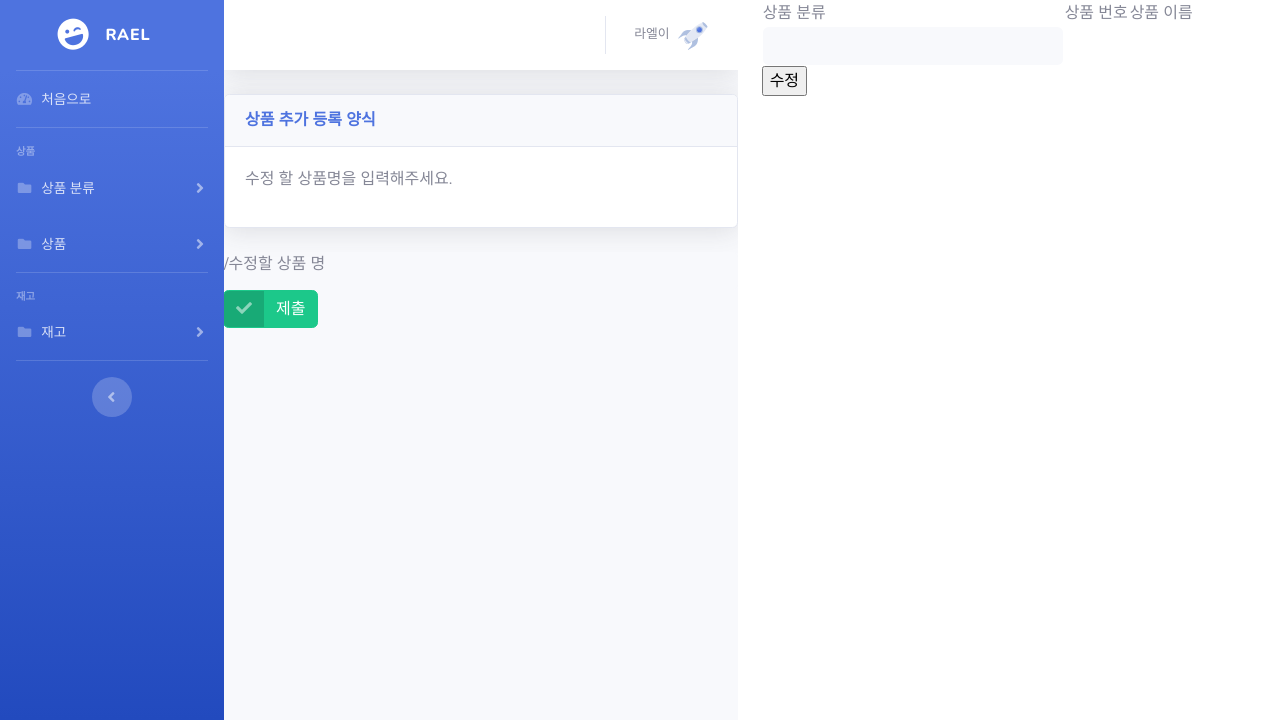
Repository: sww232/springRaelProject
Page: http://localhost/rael/WEB-INF/views/product/product_update_modifypage.jsp
These files come from the project's save history. The page is drawn as it stood at one moment and after the next save; the edit follows.
The browser window is 1280 px wide. The pictures show the whole page.
The page is served by Tomcat 9. Nobody is signed in. Other server files are loaded and not shown. The template is opened directly, without the code that normally fills it, so the values that code supplies are empty.

Above is the page before, as saved 2022-10-07 00:42:55.

### raelproject3/rael/src/main/webapp/WEB-INF/views/product/product_update_modifypage.jsp
<%@ page language="java" contentType="text/html; charset=UTF-8" pageEncoding="UTF-8"%>
<%@ taglib uri="http://java.sun.com/jsp/jstl/core" prefix="c" %>
<%@ taglib prefix="sql" uri="http://java.sun.com/jsp/jstl/sql" %>
<%@ taglib prefix="fmt" uri="http://java.sun.com/jsp/jstl/fmt" %>
<!DOCTYPE html>
<html>
<head>
<head>
	    <meta name="viewport" content="width=device-width, initial-scale=1, shrink-to-fit=no">
	    <meta name="description" content="">
	    <meta name="author" content="">
	    <meta charset="UTF-8">
			<title>메인</title>

		<link href="/vendor/fontawesome-free/css/all.min.css" rel="stylesheet" type="text/css">
	    <link
	        href="https://fonts.googleapis.com/css?family=Nunito:200,200i,300,300i,400,400i,600,600i,700,700i,800,800i,900,900i"
	        rel="stylesheet">

	    <!-- Custom styles for this template -->
	    <link href="/css/sb-admin-2.min.css" rel="stylesheet">
	    <script src="/vendor/jquery/jquery.min.js"></script>
	    <script src="/vendor/bootstrap/js/bootstrap.bundle.min.js"></script>

	    <!-- Core plugin JavaScript-->
	    <script src="/vendor/jquery-easing/jquery.easing.min.js"></script>

	    <!-- Custom scripts for all pages-->
	    <script src="/js/sb-admin-2.min.js"></script>

	    <!-- Page level plugins -->
	    <script src="/vendor/datatables/jquery.dataTables.min.js"></script>
	    <script src="/vendor/datatables/dataTables.bootstrap4.min.js"></script>

	    <!-- Page level custom scripts -->
	    <script src="/js/demo/datatables-demo.js"></script>

	    <!-- Custom styles for this page -->
	    <link href="/vendor/datatables/dataTables.bootstrap4.min.css" rel="stylesheet">

	</head>
	<body id="page-top">
	<form>
		<div class="modal fade" id="moaModal1" tabindex="-1" role="dialog" aria-labelledby="exampleModalLabel" aria-hidden="true">

			<div class="modal-dialog" role="document">
				<div class="modal-content">
					<div class="modal-header">
						<h5 class="modal-title" id="exampleModalLabel">상품 등록을 위한 카테고리 선택</h5>
						<button class="close" type="button" data-dismiss="modal" aria-label="Close">
							<span aria-hidden="true">x</span>
						</button>
						</div>
						<div class="modal-body">
							<select name="categoryBox1" id="categoryBox1">
								<option value="defaultValue" selected></option>
								<c:forEach var="list" items="${categorynums}">
									<option value="${list}">
										${list}
									</option>
								</c:forEach>
							</select>
						</div>
					<div class="modal-footer">
						<button class="btn btn-primary" type="button" data-dismiss="modal">Cancel</button>
						<button class="btn btn-primary" type="submit" formaction="/product/product_insert">Choice</button>
					</div>
				</div>
			</div>
		</div>
		<div class="modal fade" id="moaModal2" tabindex="-1" role="dialog" aria-labelledby="exampleModalLabel" aria-hidden="true">

			<div class="modal-dialog" role="document">
				<div class="modal-content">
					<div class="modal-header">
						<h5 class="modal-title" id="exampleModalLabel">상품 추가 등록을 위한 카테고리 선택</h5>
						<button class="close" type="button" data-dismiss="modal" aria-label="Close">
							<span aria-hidden="true">x</span>
						</button>
						</div>
						<div class="modal-body">
							<select name="categoryBox2" id="categoryBox2">
								<option value="defaultValue" selected></option>
								<c:forEach var="list" items="${categorynums}">
									<option value="${list}">
										${list}
									</option>
								</c:forEach>
							</select>
						</div>
					<div class="modal-footer">
						<button class="btn btn-primary" type="button" data-dismiss="modal">Cancel</button>
						<button class="btn btn-primary" type="submit" formaction="/product/product_insert_detail">Choice</button>
					</div>
				</div>
			</div>
		</div>
		<div class="modal fade" id="moaModal3" tabindex="-1" role="dialog" aria-labelledby="exampleModalLabel" aria-hidden="true">

			<div class="modal-dialog" role="document">
				<div class="modal-content">
					<div class="modal-header">
						<h5 class="modal-title" id="exampleModalLabel">상품명/상세정보 수정을 위한 카테고리 선택</h5>
						<button class="close" type="button" data-dismiss="modal" aria-label="Close">
							<span aria-hidden="true">x</span>
						</button>
						</div>
						<div class="modal-body">
							<select name="categoryBox3" id="categoryBox3">
								<option value="defaultValue" selected></option>
								<c:forEach var="list" items="${categorynums}">
									<option value="${list}">
										${list}
									</option>
								</c:forEach>
							</select>
						</div>
					<div class="modal-footer">
						<button class="btn btn-primary" type="button" data-dismiss="modal">Cancel</button>
						<button class="btn btn-primary" type="submit" formaction="/product/product_update">Choice</button>
					</div>
				</div>
			</div>
		</div>
	</form>
	<div id="wrapper">
		 <ul class="navbar-nav bg-gradient-primary sidebar sidebar-dark accordion" id="accordionSidebar">

            <!-- Sidebar - Brand -->
            <a class="sidebar-brand d-flex align-items-center justify-content-center" href="/">
                <div class="sidebar-brand-icon rotate-n-15">
                    <i class="fas fa-laugh-wink"></i>
                </div>
                <div class="sidebar-brand-text mx-3">RAEL</div>
            </a>

            <!-- Divider -->
            <hr class="sidebar-divider my-0">

            <!-- Nav Item - Dashboard -->
            <li class="nav-item">
                <a class="nav-link" href="/">
                    <i class="fas fa-fw fa-tachometer-alt"></i>
                    <span>처음으로</span></a>
            </li>

            <!-- Divider -->
            <hr class="sidebar-divider">

            <!-- Heading -->
            <div class="sidebar-heading">
                상품
            </div>

            <!-- Nav Item - Pages Collapse Menu -->
            <li class="nav-item">
                <a class="nav-link collapsed" href="#" data-toggle="collapse" data-target="#collapseTwo"
                    aria-expanded="true" aria-controls="collapseTwo">
                    <i class="fas fa-fw fa-folder"></i>
                    <span>상품 분류</span>
                </a>
                <div id="collapseTwo" class="collapse" aria-labelledby="headingTwo" data-parent="#accordionSidebar">
                    <div class="bg-white py-2 collapse-inner rounded">
                        <h6 class="collapse-header">상풍 분류 탭</h6>
                        <a class="collapse-item" href="#" data-toggle="modal" data-target="#moaModal1">
							<i class="fas fa-arrow-right"></i>상품 등록
						</a>
						<a class="collapse-item" href="#" data-toggle="modal" data-target="#moaModal2">
							<i class="fas fa-arrow-right"></i>상품 추가 등록
						</a>
						<a class="collapse-item" href="#" data-toggle="modal" data-target="#moaModal3">
							<i class="fas fa-arrow-right"></i>상품명/상세정보 수정
						</a>
                    </div>
                </div>
            </li>

            <!-- Nav Item - Utilities Collapse Menu -->
            <li class="nav-item">
                <a class="nav-link collapsed" href="#" data-toggle="collapse" data-target="#collapseUtilities"
                    aria-expanded="true" aria-controls="collapseUtilities">
                    <i class="fas fa-fw fa-folder"></i>
                    <span>상품</span>
                </a>
                <div id="collapseUtilities" class="collapse" aria-labelledby="headingUtilities"
                    data-parent="#accordionSidebar">
                    <div class="bg-white py-2 collapse-inner rounded">
                        <h6 class="collapse-header">상품 탭</h6>
                        <a class="collapse-item" href="/product/all_select?page=1&recordSize=10&pageSize=10">상품 조회</a>
                        <a class="collapse-item" href="#" data-toggle="modal" data-target="#moaModal1">
							<i class="fas fa-arrow-right"></i>상품 등록
						</a>
						<a class="collapse-item" href="#" data-toggle="modal" data-target="#moaModal2">
							<i class="fas fa-arrow-right"></i>상품 추가 등록
						</a>
						<a class="collapse-item" href="#" data-toggle="modal" data-target="#moaModal3">
							<i class="fas fa-arrow-right"></i>상품명/상세정보 수정
						</a>
                    </div>
                </div>
            </li>

            <!-- Divider -->
            <hr class="sidebar-divider">

            <!-- Heading -->
            <div class="sidebar-heading">
                재고
            </div>

            <!-- Nav Item - Pages Collapse Menu -->
            <li class="nav-item">
                <a class="nav-link collapsed" href="#" data-toggle="collapse" data-target="#collapsePages"
                    aria-expanded="true" aria-controls="collapsePages">
                    <i class="fas fa-fw fa-folder"></i>
                    <span>재고</span>
                </a>
                <div id="collapsePages" class="collapse" aria-labelledby="headingPages" data-parent="#accordionSidebar">
                    <div class="bg-white py-2 collapse-inner rounded">
                        <h6 class="collapse-header">재고</h6>
                        <a class="collapse-item" href="/stock/stock_select?page=1&recordSize=10&pageSize=10">재고 조회 및 입/출고</a>
                        <div class="collapse-divider"></div>
                        <h6 class="collapse-header">재고 입/출고</h6>
                        <a class="collapse-item" href="/stock/stock_history?page=1&recordSize=10&pageSize=10">내역</a>
                        <a class="collapse-item" href="/stock/stock_history_cancel?page=1&recordSize=10&pageSize=10">취소</a>
                    </div>
                </div>
            </li>

            <!-- Divider -->
            <hr class="sidebar-divider d-none d-md-block">

            <!-- Sidebar Toggler (Sidebar) -->
            <div class="text-center d-none d-md-inline">
                <button class="rounded-circle border-0" id="sidebarToggle"></button>
            </div>

        </ul>

        <!-- End of Sidebar -->

        <!-- Content Wrapper -->
        <div id="content-wrapper" class="d-flex flex-column">

            <!-- Main Content -->
            <div id="content">

                <!-- Topbar -->
                <nav class="navbar navbar-expand navbar-light bg-white topbar mb-4 static-top shadow">

                    <!-- Sidebar Toggle (Topbar) -->
                    <form class="form-inline">
                        <button id="sidebarToggleTop" class="btn btn-link d-md-none rounded-circle mr-3">
                            <i class="fa fa-bars"></i>
                        </button>
                    </form>

                    <!-- Topbar Search
                    <form
                        class="d-none d-sm-inline-block form-inline mr-auto ml-md-3 my-2 my-md-0 mw-100 navbar-search">
                        <div class="input-group">
                            <input type="text" class="form-control bg-light border-0 small" placeholder="Search for..."
                                aria-label="Search" aria-describedby="basic-addon2">
                            <div class="input-group-append">
                                <button class="btn btn-primary" type="button">
                                    <i class="fas fa-search fa-sm"></i>
                                </button>
                            </div>
                        </div>
                    </form>
					-->
                    <!-- Topbar Navbar -->
                    <ul class="navbar-nav ml-auto">

                        <!-- Nav Item - Search Dropdown (Visible Only XS) -->
                        <li class="nav-item dropdown no-arrow d-sm-none">
                            <a class="nav-link dropdown-toggle" href="#" id="searchDropdown" role="button"
                                data-toggle="dropdown" aria-haspopup="true" aria-expanded="false">
                                <i class="fas fa-search fa-fw"></i>
                            </a>
                            <!-- Dropdown - Messages -->
                            <div class="dropdown-menu dropdown-menu-right p-3 shadow animated--grow-in"
                                aria-labelledby="searchDropdown">
                                <form class="form-inline mr-auto w-100 navbar-search">
                                    <div class="input-group">
                                        <input type="text" class="form-control bg-light border-0 small"
                                            placeholder="Search for..." aria-label="Search"
                                            aria-describedby="basic-addon2">
                                        <div class="input-group-append">
                                            <button class="btn btn-primary" type="button">
                                                <i class="fas fa-search fa-sm"></i>
                                            </button>
                                        </div>
                                    </div>
                                </form>
                            </div>
                        </li>
                        <div class="topbar-divider d-none d-sm-block"></div>

                        <!-- Nav Item - User Information -->
                        <li class="nav-item dropdown no-arrow">
                            <a class="nav-link dropdown-toggle" href="#" id="userDropdown" role="button"
                                data-toggle="dropdown" aria-haspopup="true" aria-expanded="false">
                                <span class="mr-2 d-none d-lg-inline text-gray-600 small">라엘이</span>
                                <img class="img-profile rounded-circle"
                                    src="img/undraw_rocket.svg">
                            </a>
                            <!-- Dropdown - User Information -->
                            <div class="dropdown-menu dropdown-menu-right shadow animated--grow-in"
                                aria-labelledby="userDropdown">
                                <div class="dropdown-divider"></div>
                                <a class="dropdown-item" href="#" data-toggle="modal" data-target="#logoutModal">
                                    <i class="fas fa-sign-out-alt fa-sm fa-fw mr-2 text-gray-400"></i>
                                    Logout
                                </a>
                            </div>
                        </li>

                    </ul>

                </nav>
               <form method="post" action="product_update/UPDATE">
    <!-- End of Topbar -->
			    <div class="card shadow mb-4">
					<div class="card-header py-3 d-flex flex-row align-items-center justify-content-between">
						<h6 class="m-0 font-weight-bold text-primary">상품 추가 등록 양식</h6>
					</div>
					<div class="card-body">
						<p>
							수정 할 상품명을 입력해주세요.
						</p>
					</div>
				</div>

					<div class="input-group">
						<label>
							${data.PRODUCTCATEGORYNUM}/${data.PRODUCTCATEGORYNAME}
						</label>
						<label>
							${data.PRODUCTNUM}
						</label>
						<label>수정할 상품 명</label>
						<input type="text" class="form-control bg-light border-0 small" name="product name for modify" value="${data.PRODUCTNAME}" style="text-align:center; width:300px">
					</div>
					<div class="input-group-append">
					<button type="submit" class="btn btn-success btn-icon-split">
						<span class="icon text-white-50">
							<i class="fas fa-check"></i>
						</span>
						<span class="text">제출</span>
					</button>
				</div>
			</form>
    	</div>
	</div>
	<div class="container">
	<form method="post" action="product_update/UPDATE">
	<input type="hidden" name="categoryBox" value="${categoryBox}" readonly>
	<input type="hidden" name="product num for modify" value="${data.PRODUCTNUM}" readonly>
		<table class="rwd-table">
				<thead>
					<tr>
						<td>상품 분류</td>
						<td>상품 번호</td>
						<td>상품 이름</td>
					</tr>
				</thead>

				<tbody>
					<tr>

						<td><input type="text" class="form-control bg-light border-0 small" name="product name for modify" value="${data.PRODUCTNAME}" style="text-align:center; width:300px"></td>
					</tr>
				</tbody>
			</table>
			<input type="submit" value="수정">
		</form>
	</div>
</body>
</html>

### raelproject3/rael/src/main/resources/static/img/undraw_rocket.svg
<?xml version="1.0" encoding="utf-8"?>
<!-- Generator: Adobe Illustrator 25.0.0, SVG Export Plug-In . SVG Version: 6.00 Build 0)  -->
<svg version="1.1" id="b759170a-51c3-4e2f-999d-77dec9fd6d11"
	 xmlns="http://www.w3.org/2000/svg" xmlns:xlink="http://www.w3.org/1999/xlink" x="0px" y="0px" viewBox="0 0 650.9 610.5"
	 style="enable-background:new 0 0 650.9 610.5;" xml:space="preserve">
<style type="text/css">
	.st0{fill:#AFC0E0;}
	.st1{opacity:0.2;fill:#FFFFFF;enable-background:new    ;}
	.st2{opacity:0.1;enable-background:new    ;}
	.st3{fill:#E3E8F4;}
	.st4{fill:#4E73DF;}
</style>
<path class="st0" d="M174,321c-2-1.6-4.2-3-6.6-4.2c-51.8-26.2-157,67.8-157,67.8L0,372.7c0,0,42.1-43.8,92.4-117.3
	c45.2-66.1,150.7-51.8,171.4-48.3c2.3,0.4,3.6,0.7,3.6,0.7C298.7,288.3,174,321,174,321z"/>
<path class="st1" d="M269.4,213.9c-0.6-2-1.3-4-2-6c0,0-1.2-0.2-3.6-0.7c-20.7-3.5-126.2-17.8-171.4,48.3C42.1,329,0,372.7,0,372.7
	l5.9,6.7c0,0,42.1-43.8,92.4-117.3C143.3,196.3,248,210.2,269.4,213.9z"/>
<path class="st0" d="M337.7,533.4c-79.2,40.8-127.8,77.1-127.8,77.1l-10.5-11.9c0,0,111.1-96.8,85.3-150.9c-0.5-1.2-1.2-2.3-1.9-3.4
	c0,0,47.9-119.6,123.9-78.5c0,0,0.1,1,0.2,2.9C407.8,387.8,409.7,496.3,337.7,533.4z"/>
<path class="st2" d="M174,321c-2-1.6-4.2-3-6.6-4.2c29.3-38.9,61.5-75.5,96.3-109.7c2.3,0.4,3.6,0.7,3.6,0.7
	C298.7,288.3,174,321,174,321z"/>
<path class="st2" d="M406.9,368.6c-38.6,29.6-79.4,56.1-122.3,79.1c-0.5-1.2-1.2-2.3-1.9-3.4c0,0,47.9-119.6,123.9-78.5
	C406.7,365.7,406.8,366.7,406.9,368.6z"/>
<path class="st3" d="M263.6,455.5c-20.3,10.4-41.6,20.5-64,30.2c-33.6,14.6-51.5-2.2-80.7-91.5c0,0,12.5-22.5,37.2-57
	c54.3-75.8,167.5-209.1,336.1-286.7C542.7,27.1,596.1,10.1,650.9,0c0,0-9.1,68.8-62,160.1S439.1,365.3,263.6,455.5z"/>
<circle class="st0" cx="435.6" cy="199.7" r="71.6"/>
<path class="st4" d="M469.2,237.9c-21,18.6-53.1,16.6-71.7-4.5c-7.8-8.8-12.2-20-12.7-31.8c-0.2-4.7,0.3-9.4,1.4-14
	c0.5-2,1.1-4.1,1.9-6c2.9-7.7,7.7-14.5,13.8-19.9c0.3-0.3,0.6-0.5,0.9-0.8c17.1-14.4,41.5-15.9,60.3-3.8c3.5,2.3,6.7,4.9,9.5,7.9
	l1,1.1C492.2,187.2,490.2,219.3,469.2,237.9C469.2,237.8,469.2,237.9,469.2,237.9z"/>
<path class="st0" d="M588.9,160.1c-83-35.2-96.8-109.6-96.8-109.6C542.7,27,596.1,10.1,650.9,0C650.9,0,641.8,68.8,588.9,160.1z"/>
<path class="st0" d="M263.6,455.5c-13.7,7.1-27.9,13.9-42.6,20.7c-7,3.2-14.1,6.4-21.4,9.5c-10.9,4.7-51.5-2.2-80.7-91.5
	c0,0,4.1-7.3,12.1-20c6.1-9.6,14.5-22.2,25.1-37c0,0,11,33.2,41.1,67.3C215.8,425.7,238.4,443,263.6,455.5z"/>
<path class="st3" d="M221,476.2c-7,3.2-14.1,6.4-21.4,9.5c-10.9,4.7-51.5-2.2-80.7-91.5c0,0,4.1-7.3,12.1-20
	C131,374.2,170.2,456.9,221,476.2z"/>
<path class="st1" d="M463.2,157l-0.1,0l-60.1,3.9c-0.3,0.3-0.6,0.5-0.9,0.8c-6.2,5.4-10.9,12.3-13.8,19.9l84.5-16.6L463.2,157z"/>
<path class="st1" d="M438.8,194.3l-53.9,7.3c-0.2-4.7,0.3-9.4,1.4-14l52.8,1.4L438.8,194.3z"/>
<path class="st1" d="M131.7,408.7c0,0,12.5-22.5,37.2-57C223.2,276,336.4,142.7,504.9,65c45.6-21.1,93.3-36.9,142.5-47.3
	C650.1,6.4,650.9,0,650.9,0c-54.8,10.1-108.2,27-158.7,50.5c-168.6,77.7-281.8,211-336.1,286.7c-24.7,34.4-37.2,57-37.2,57
	c11.5,35.3,26.6,57,40.5,70.3C149.4,451.4,139.7,433.3,131.7,408.7z"/>
</svg>

Loaded but not shown: raelproject3/rael/src/main/resources/static/css/sb-admin-2.min.css (library); raelproject3/rael/src/main/resources/static/js/sb-admin-2.min.js (common file); raelproject3/rael/src/main/resources/static/js/demo/datatables-demo.js (common file)

After the next save:
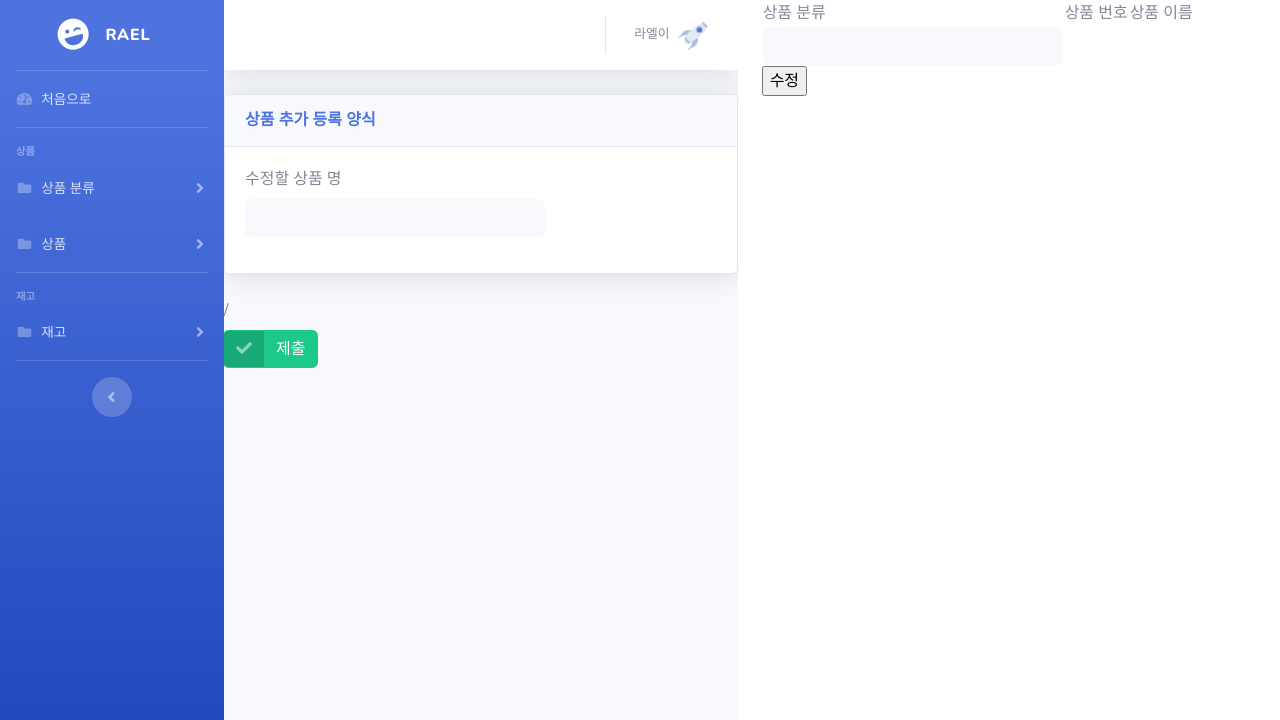
Saved 28 s later.
--- a/raelproject3/rael/src/main/webapp/WEB-INF/views/product/product_update_modifypage.jsp
+++ b/raelproject3/rael/src/main/webapp/WEB-INF/views/product/product_update_modifypage.jsp
@@ -327,7 +327,8 @@
 					</div>
 					<div class="card-body">
 						<p>
-							수정 할 상품명을 입력해주세요.
+							<label>수정할 상품 명</label>
+						<input type="text" class="form-control bg-light border-0 small" name="product name for modify" value="${data.PRODUCTNAME}" style="text-align:center; width:300px">
 						</p>
 					</div>
 				</div>
@@ -339,8 +340,7 @@
 						<label>
 							${data.PRODUCTNUM}
 						</label>
-						<label>수정할 상품 명</label>
-						<input type="text" class="form-control bg-light border-0 small" name="product name for modify" value="${data.PRODUCTNAME}" style="text-align:center; width:300px">
+
 					</div>
 					<div class="input-group-append">
 					<button type="submit" class="btn btn-success btn-icon-split">
